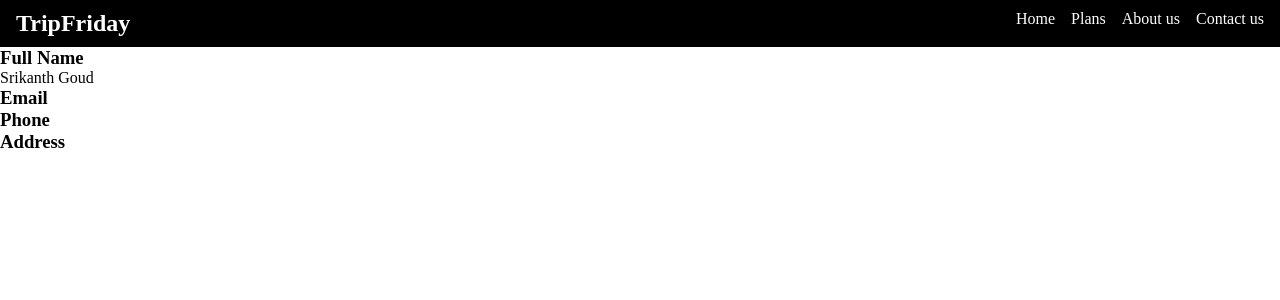
Repository: suraj-yadav7/userprofile
Page: /userdetails
The author's editor kept a copy of each file at every save. The page is drawn from the files as they stood at one save, then again after the next save.
The browser window is 1280 px wide. The pictures show the whole page.
The project was rebuilt for these pictures with package versions that can differ from the ones it lists, and the page was loaded fresh each time. Also part of the build but not shown: src/components/UserProfile.jsx.

Above is the page before, as saved 2023-05-03 12:09:06.

After the next save:
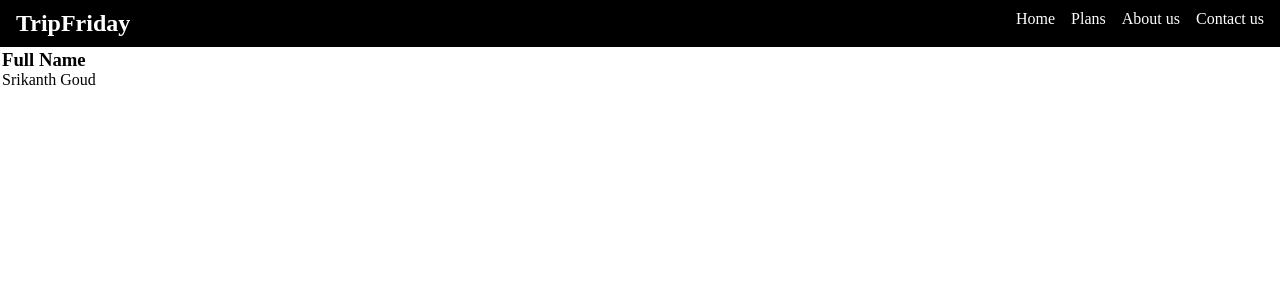
Saved 2 min 52 s later.
--- a/src/components/UserDetails.jsx
+++ b/src/components/UserDetails.jsx
@@ -5,10 +5,11 @@ const UserDetails = () => {
   <>
  <div className='details'>
   <div className='sub1'>
-    <span><h3>Full Name</h3> Srikanth Goud</span>
-    <h3>Email</h3>
-    <h3>Phone</h3>
-    <h3>Address</h3>
+<table>
+  <tr>
+    <td><h3>Full Name</h3><p>Srikanth Goud</p> </td>
+  </tr>
+</table>
   </div>
  </div>
   </>
